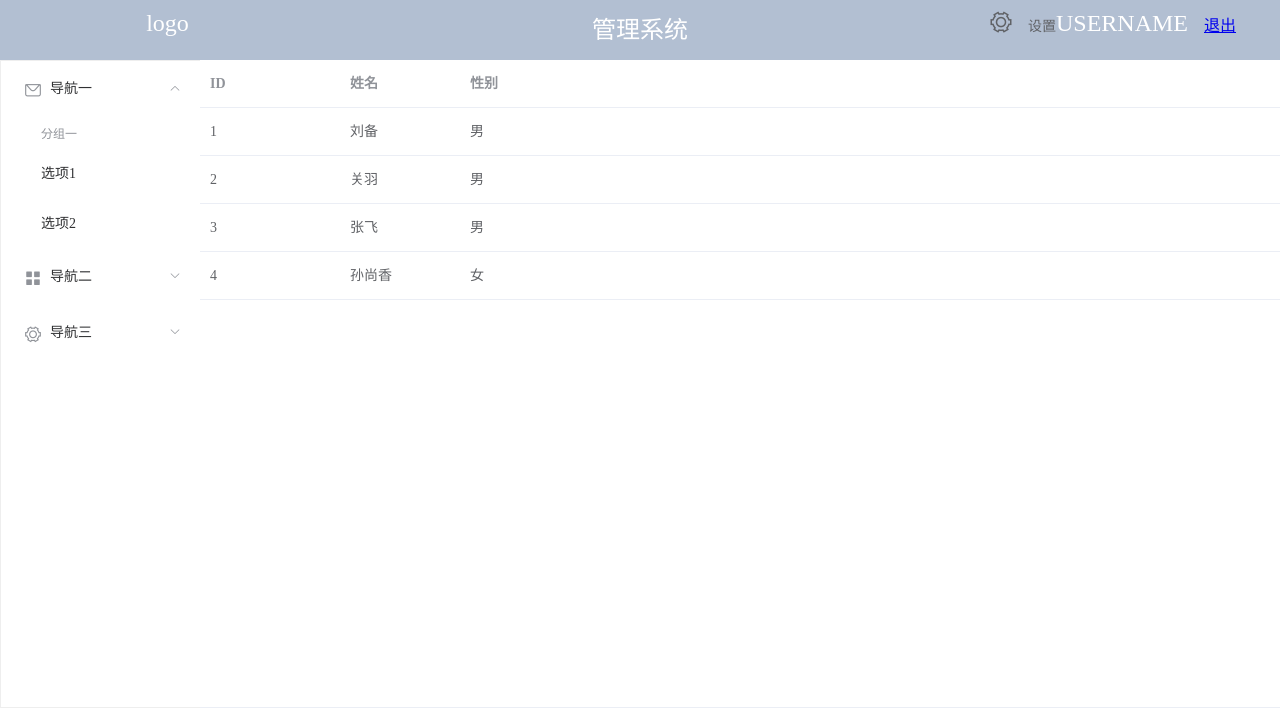
Repository: euphor1azzy/testlist
Page: /#/ (app in list/)
These files come from the project's save history. The page is drawn as it stood at one moment and after the next save; the edit follows.
The browser window is 1280 px wide. The pictures show the whole page.
The project was rebuilt for these pictures with package versions that can differ from the ones it lists, and the page was loaded fresh each time. Requests to the local data server were answered from the project's data file. Also part of the build but not shown: list/src/views/login/login.vue.

Above is the page before, as saved 2020-08-24 10:07:51.

After the next save:
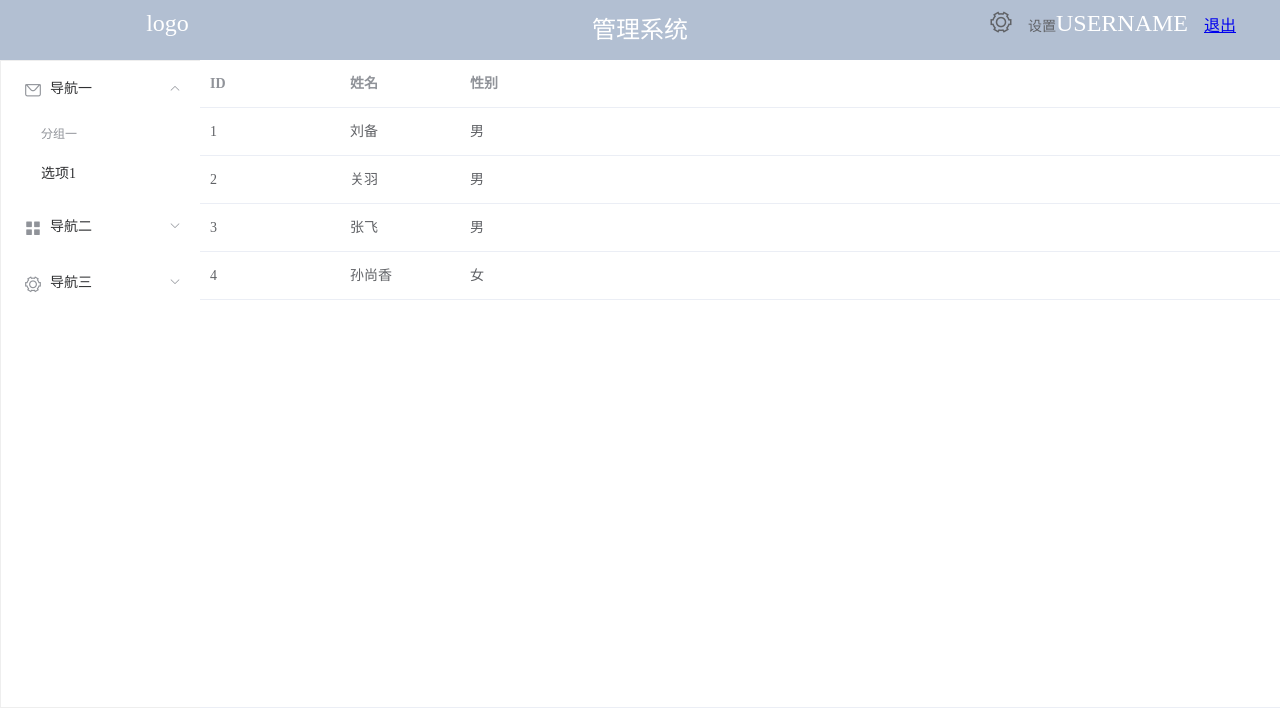
Saved 8 s later.
--- a/list/src/components/common/appslider.vue
+++ b/list/src/components/common/appslider.vue
@@ -7,7 +7,7 @@
             <el-menu-item-group>
               <template slot="title">分组一</template>
               <el-menu-item index="1-1">选项1</el-menu-item>
-              <el-menu-item index="1-2">选项2</el-menu-item>
+
             </el-menu-item-group>
 
             </el-submenu>
